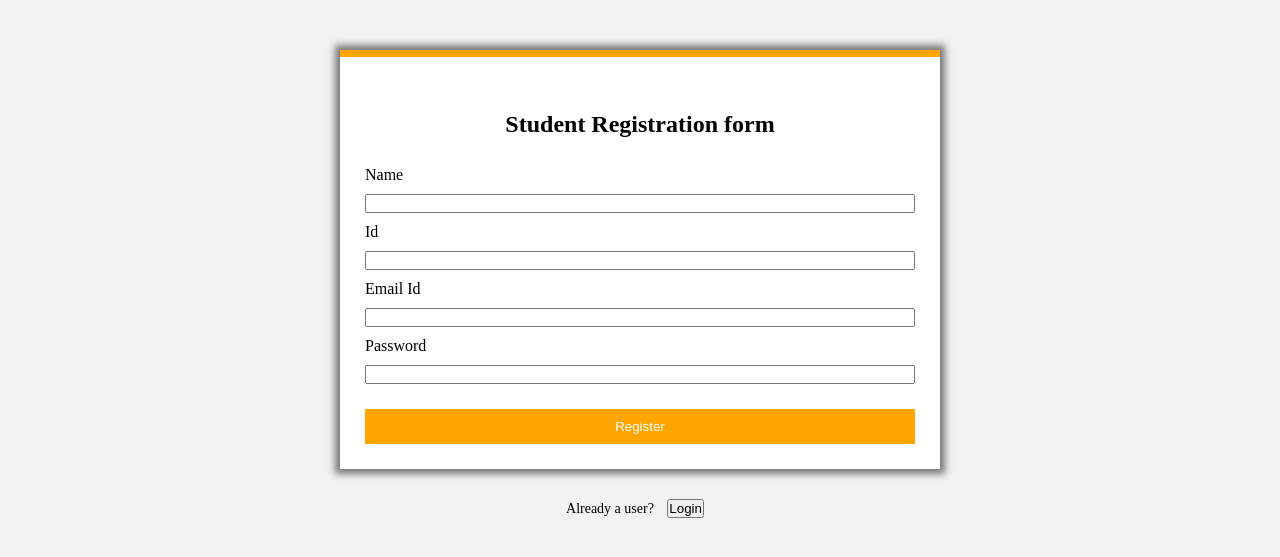
Repository: Sameer-0/workspace
Page: http://localhost/StudentCrud/views/index.jsp
The author's editor kept a copy of each file at every save. The page is drawn from the files as they stood at one save, then again after the next save.
The browser window is 1280 px wide. The pictures show the whole page.
The page is served by Tomcat 9. Other server files are loaded and not shown.

Above is the page before, as saved 2022-07-12 08:08:57.

### StudentCrud/src/main/webapp/views/index.jsp
<%@ page language="java" contentType="text/html; charset=ISO-8859-1"
    pageEncoding="ISO-8859-1"%>
<!DOCTYPE html>
<html>
<head>
<meta charset="ISO-8859-1">
<title>Insert title here</title>
<link rel="stylesheet" href="/views/style.css" />
</head>
<body>

<div class="container">
		<h2>Student Registration form</h2>
		<div class="form-container">
			<form  id="myform" action="details">
<!--  onsubmit="validateForm(event)" -->
				<label for="name">Name</label> <span id="name-message"
					class="error"></span> <input type="text" class="name"
					name="name" id="name"><br>

					<label for="id">Id</label><span id="id-message"
					class="error"></span> <input type="text" class="name"
					name="id" id="id"><br>

					<label for="mail">Email Id</label><span id="email-message" class="error"></span> <input type="text"
					class="mail" name="mail" id="mail"><br>

					<label for="password">Password</label><span id="password-message" class="error"></span><br>
					<input type="text" class="password" name="password" id="password"><br>

					<input type="submit"  id="button" class="button" value="Register">

			</form>
		</div>
	</div>
		<div id="btn-div">
		Already a user?
				<a href="login.html" id="a-tag">
					<button  id="login-btn" type="button">Login</button>
				</a>
			</div>

	<script src="index.js"></script>
</body>
</html>

### StudentCrud/src/main/webapp/views/style.css
* {
	margin: 0;
	padding: 0;
	box-sizing: border-box;
}

body {
	font-size: 14px;
	background: #f2f2f2;
}

.container {
	background: white;
	width: 600px;
	padding: 25px;
	margin: 50px auto 0;
	border-top: 7px solid orange;
	box-shadow: 0 0 7px 5px rgba(0, 0, 0, 0.5);
}

.container h2 {
	font-size: 24px;
	line-height: 24px;
	padding: 30px;
	text-align: center;
}

.place, .username, .name, .mail, .password {
	width: 100%;
	position: relative;
	margin: 10px auto;
}

.button {
	color : white;
	background: orange;
	height: 35px;
	line-height: 35px;
	width: 100%;
	outline: none;
	border: none;
	cursor: pointer;
	margin-top: 15px;
}

label {
	font-size: 16px
}

.button:hover {
	background: rgb(255, 128, 64);
}

#btn-div {
	text-align: center;
	margin: 30px;
}

#a-tag {
	margin: 10px;
}


.error {
  color: red;
  font-size: small;
  margin-left: 20px;
}

Loaded but not shown: StudentCrud/src/main/webapp/views/index.js (no copy from this time; the picture is the same without it)

After the next save:
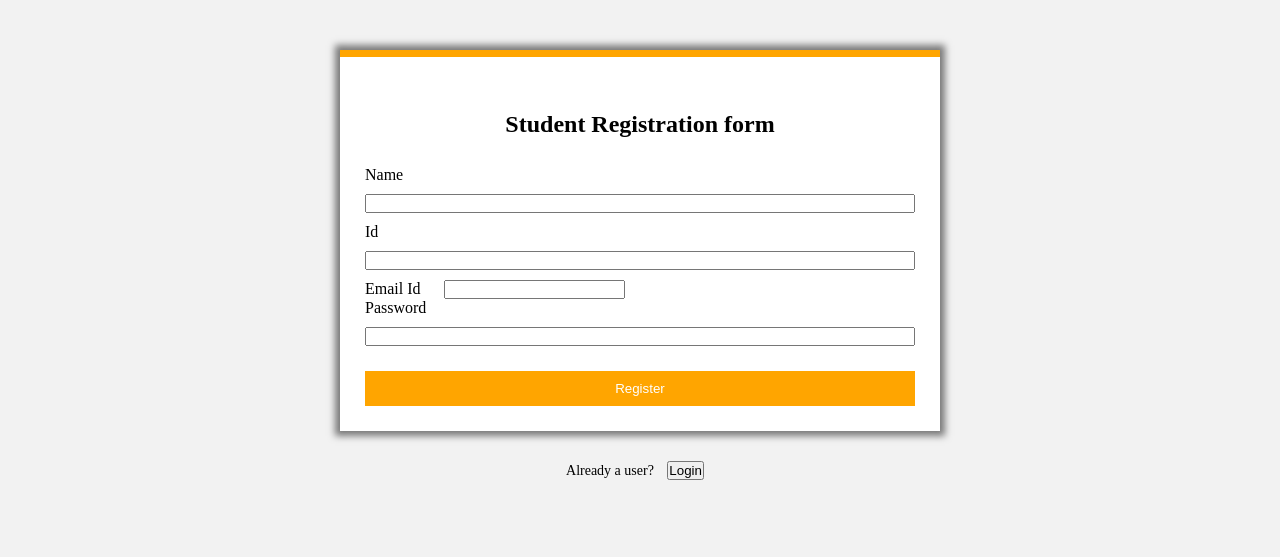
Saved 62 s later.
--- a/StudentCrud/src/main/webapp/views/index.jsp
+++ b/StudentCrud/src/main/webapp/views/index.jsp
@@ -22,8 +22,8 @@
 					class="error"></span> <input type="text" class="name"
 					name="id" id="id"><br>
 
-					<label for="mail">Email Id</label><span id="email-message" class="error"></span> <input type="text"
-					class="mail" name="mail" id="mail"><br>
+					<label for="email">Email Id</label><span id="email-message" class="error"></span> <input type="text"
+					class="email" name="email" id="mail"><br>
 
 					<label for="password">Password</label><span id="password-message" class="error"></span><br>
 					<input type="text" class="password" name="password" id="password"><br>
